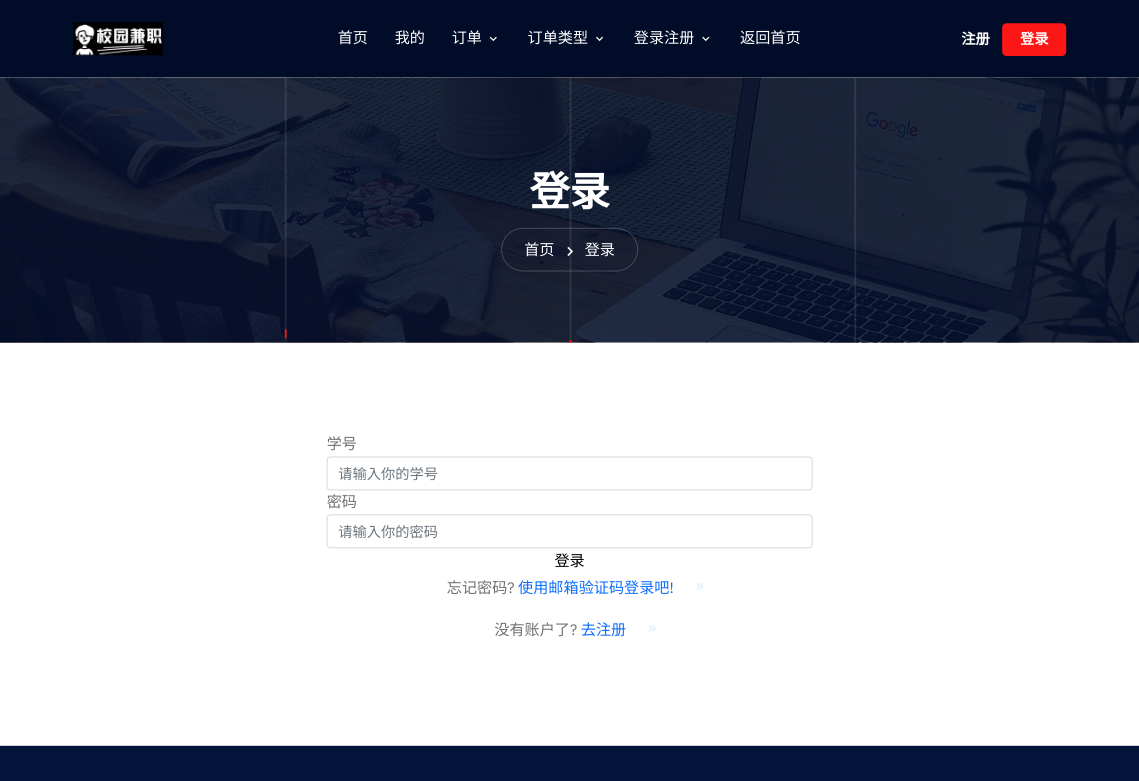
Repository: Aliceonly/Co-DecentralizedApplication
Page: html/sign-in.html
An editor plug-in stored every save of this project. The page is shown before and after the next save, followed by the edit.
The browser window is 1280 px wide. The pictures show the whole page, at 89% of full size.

Above is the page before, as saved 2022-05-07 17:07:51.

### html/sign-in.html
<!doctype html>
<html lang="zxx">

<head>

    <meta charset="utf-8">
    <meta name="viewport" content="width=device-width, initial-scale=1, shrink-to-fit=no">

    <link rel="stylesheet" href="../static/css/bootstrap.min.css">

    <link rel="stylesheet" href="../static/css/owl.carousel.min.css">

    <link rel="stylesheet" href="../static/css/owl.theme.default.min.css">

    <link rel="stylesheet" href="../static/css/boxicon.min.css">

    <link rel="stylesheet" href="../static/css/flaticon.css">

    <link rel="stylesheet" href="../static/css/magnific-popup.css">

    <link rel="stylesheet" href="../static/css/meanmenu.css">

    <link rel="stylesheet" href="../static/css/nice-select.css">

    <link rel="stylesheet" href="../static/css/style.css">

    <link rel="stylesheet" href="../static/css/responsive.css">

    <title>Jovie - Job Board & Portal HTML Template</title>

</head>

<body>

    <div class="loader-content">
        <div class="d-table">
            <div class="d-table-cell">
                <div class="sk-circle">
                    <div class="sk-circle1 sk-child"></div>
                    <div class="sk-circle2 sk-child"></div>
                    <div class="sk-circle3 sk-child"></div>
                    <div class="sk-circle4 sk-child"></div>
                    <div class="sk-circle5 sk-child"></div>
                    <div class="sk-circle6 sk-child"></div>
                    <div class="sk-circle7 sk-child"></div>
                    <div class="sk-circle8 sk-child"></div>
                    <div class="sk-circle9 sk-child"></div>
                    <div class="sk-circle10 sk-child"></div>
                    <div class="sk-circle11 sk-child"></div>
                    <div class="sk-circle12 sk-child"></div>
                </div>
            </div>
        </div>
    </div>


    <div class="navbar-area">

        <div class="mobile-nav">
            <a href="/" class="logo">
                <img src="static/picture/logo.png" alt="logo">
            </a>
        </div>


        <div class="main-nav">
            <div class="container">
            <nav class="navbar navbar-expand-lg navbar-light">
            <a class="navbar-brand" href="/">
            <img src="static/picture/logo.png" alt="logo">
            </a>
            <div class="collapse navbar-collapse mean-menu" id="navbarSupportedContent">
            <ul    class="navbar-nav m-auto">
                <!-- style="position: relative;left: -430px;"  -->
                <!-- 标记！！！！！！！！！！！！！！！！！！！！！！！！！！！ -->

            <li class="nav-item">
            <!-- <a href="#" class="nav-link dropdown-toggle active">Home</a> -->
            <li class="nav-item">
                <a href="/" class="nav-link">首页</a>
            </li>
            <li class="nav-item">
                <a href="personal_detail" class="nav-link">我的</a>
            </li>


            <li class="nav-item">
            <a href="#" class="nav-link dropdown-toggle">订单</a>
            <ul class="dropdown-menu">
            <li class="nav-item">
            <a href="/" class="nav-link">查看订单</a>
            </li>
            <li class="nav-item">
            <a href="post_job" class="nav-link">发布订单</a>
            </li>
            </ul>
            </li>
            <li class="nav-item">
            <a href="#" class="nav-link dropdown-toggle">订单类型</a>
            <ul class="dropdown-menu">
            <li class="nav-item">
            <a href="detail_campus" class="nav-link">校园兼职</a>
            </li>
            <li class="nav-item">
            <a href="detail_qukuilySend" class="nav-link">校园跑腿</a>
            </li>
            <li class="nav-item">
            <a href="detail_shared" class="nav-link">共享服务</a>
            </li>
            </ul>
            </li>

            <li class="nav-item">
            <a href="#" class="nav-link dropdown-toggle">登录注册</a>
            <ul class="dropdown-menu">
            <li class="nav-item">
            <a href="sign_in" class="nav-link">登录</a>
            </li>
            <li class="nav-item">
            <a href="sign_up" class="nav-link">注册</a>
            </li>
            <li class="nav-item">
            <!-- <a href="blog-details.html" class="nav-link">Blog Details</a> -->
            </li>
            </ul>
            </li>


            <li class="nav-item">
            <a href="/" class="nav-link">返回首页</a>
            </li>
            <!-- <li class="nav-item"> -->
            <!-- <a href="contact.html" class="nav-link">Contact Us</a> -->
            <!-- </li> -->
            </ul>


            <div class="other-option">
            <a href="sign_up" class="signup-btn">注册</a>
            <a href="sign_in" class="signin-btn">登录</a>
            </div>
            </div>
            </nav>
            </div>
            </div>
            </div>

    <section style="padding-bottom: 30px;" class="page-title title-bg12">
        <div style="position: relative;top: -50px;" class="d-table">
            <div class="d-table-cell">
                <h2>登录</h2>
                <ul>
                    <li>
                        <a href="/">首页</a>
                    </li>
                    <li>登录</li>
                </ul>
            </div>
        </div>
        <div   class="lines">
            <div class="line"></div>
            <div class="line"></div>
            <div class="line"></div>
        </div>
    </section>


    <div class="signin-section ptb-100">
        <div class="container">
            <div class="row">
                <div class="col-lg-6 col-md-8 offset-md-2 offset-lg-3">
                    <!-- <form class="signin-form"> -->
                        <div class="form-group">
                            <label>学号</label>
                            <input type="number" class="form-control" placeholder="请输入你的学号" name="Sid" id="Sid" required="">
                        </div>
                        <div class="form-group">
                            <label>密码</label>
                            <input type="password" class="form-control" placeholder="请输入你的密码" name="password" id="password" required="">
                        </div>
                        <div class="signin-btn text-center" >
                            <button onclick="Login()">登录</button>
                        </div>
                        <div class="create-btn text-center">
                            <p>忘记密码?
                                <a href="email_sign_in">
                                    使用邮箱验证码登录吧!
                                    <i class='bx bx-chevrons-right bx-fade-right'></i>
                                </a>
                            </p>
                            <p>
                                没有账户了?
                                <a href="sign_up">
                                    去注册
                                    <i class='bx bx-chevrons-right bx-fade-right'></i>
                                </a>
                            </p>
                        </div>
                    <!-- </form> -->
                </div>
            </div>
        </div>
    </div>




    <div class="copyright-text text-center">
        <!-- <p>Copyright &copy; 2022.Company name All rights reserved.<a target="_blank" href="https://sc.chinaz.com/moban/">&#x7F51;&#x9875;&#x6A21;&#x677F;</a></p> -->
    </div>


    <div class="top-btn">
        <i class='bx bx-chevrons-up bx-fade-up'></i>
    </div>


    <script data-cfasync="false" src="../static/js/email-decode.min.js"></script>
    <script src="../static/js/jquery.min.js"></script>
    <script src="../static/js/bootstrap.bundle.min.js"></script>

    <script src="../static/js/owl.carousel.min.js"></script>

    <script src="../static/js/jquery.nice-select.min.js"></script>

    <script src="../static/js/jquery.magnific-popup.min.js"></script>

    <script src="../static/js/jquery.ajaxchimp.min.js"></script>

    <script src="../static/js/form-validator.min.js"></script>

    <script src="../static/js/contact-form-script.js"></script>

    <script src="../static/js/meanmenu.js"></script>

    <script src="../static/js/custom.js"></script>

    <script src="../static/web3.js/sign_in.js"></script>
</body>

</html>

### static/css/flaticon.css
@font-face{font-family:flaticon;src:url(../font/Flaticon.eot);src:url(../font/Flaticon.eot) format("embedded-opentype"),url(../font/Flaticon.woff2) format("woff2"),url(../font/Flaticon.woff) format("woff"),url(https://templates.hibootstrap.com/jovie/default/assets/fonts/flaticon/Flaticon.ttf) format("truetype"),url(https://templates.hibootstrap.com/jovie/default/assets/fonts/flaticon/Flaticon.svg) format("svg");font-weight:400;font-style:normal}@media screen and (-webkit-min-device-pixel-ratio:0){@font-face{font-family:flaticon;src:url(https://templates.hibootstrap.com/jovie/default/assets/fonts/flaticon/Flaticon.svg) format("svg")}}[class^=flaticon-]:before,[class*=" flaticon-"]:before,[class^=flaticon-]:after,[class*=" flaticon-"]:after{font-family:Flaticon;font-style:normal}.flaticon-accounting:before{content:"\f100"}.flaticon-graduation-cap:before{content:"\f101"}.flaticon-wrench-and-screwdriver-in-cross:before{content:"\f102"}.flaticon-consultation:before{content:"\f103"}.flaticon-heart:before{content:"\f104"}.flaticon-computer:before{content:"\f105"}.flaticon-worker:before{content:"\f106"}.flaticon-auction:before{content:"\f107"}.flaticon-website:before{content:"\f108"}.flaticon-recruitment:before{content:"\f109"}.flaticon-login:before{content:"\f10a"}.flaticon-group:before{content:"\f10b"}.flaticon-discussion:before{content:"\f10c"}.flaticon-research:before{content:"\f10d"}.flaticon-user:before{content:"\f10e"}.flaticon-left-quotes-sign:before{content:"\f10f"}.flaticon-resume:before{content:"\f110"}.flaticon-employee:before{content:"\f111"}.flaticon-portfolio:before{contesignin-form

### static/css/sign.css
.sigg {
    padding: 20px
}

.sigg .create-btn p a {
    display: block
}

.sigg {
    -webkit-box-shadow: 0 10px 30px rgba(0, 0, 0, .07);
    box-shadow: 0 10px 30px rgba(0, 0, 0, .07);
    padding: 50px;
    border-radius: 30px
}

.sigg .form-group {
    margin-bottom: 20px
}

.sigg .form-group label {
    font-size: 15px;
    margin-bottom: 10px;
    color: #000;
    font-weight: 500
}

.sigg .form-group .form-control {
    height: 50px;
    border-radius: 50px;
    padding: 5px 20px;
    background: #f9f6f6
}

.sigg .signin-btn {
    margin-top: 40px;
    margin-bottom: 30px
}

.sigg .signin-btn button {
    padding: 10px 30px;
    border-radius: 30px;
    background: #001935;
    color: #fff;
    -webkit-transition: .8s;
    transition: .8s;
    font-size: 16px
}

.sigg .signin-btn button:hover {
    background: #fd1616
}

.sigg .other-signin span {
    color: #001935;
    margin-bottom: 15px;
    display: inline-block
}

.sigg .other-signin ul {
    padding-left: 0;
    margin-bottom: 0
}

.sigg .other-signin ul li {
    display: inline-block
}

.sigg .other-signin ul li a i {
    width: 35px;
    height: 35px;
    -webkit-box-shadow: 0 10px 30px rgba(0, 0,
            0, .07);
    box-shadow: 0 10px 30px rgba(0, 0, 0, .07);
    line-height: 35px;
    border-radius: 30px;
    -webkit-transition: 1s;
    transition: 1s;
    margin: 0 3px
}

.sigg .other-signin ul li a i:hover {
    background: #001935;
    color: #fff
}

.sigg .create-btn {
    margin-top: 35px
}

.sigg .create-btn a {
    color: #001935;
    -webkit-transition: .8s;
    transition: .8s
}

.sigg .create-btn a:hover {
    color: #fd1616
}

.sigg .create-btn a i {
    top: 3px;
    position: relative
}

.sigg .create-btn a .bx-fade-right {
    -webkit-animation: fade-right 3sinfinite linear;
    animation: fade-right 3s infinite linear
}

.sigg .create-btn p {
    margin-bottom: 0
}

Loaded but not shown: static/css/bootstrap.min.css (library); static/css/owl.carousel.min.css (library); static/css/owl.theme.default.min.css (common file); static/css/boxicon.min.css (library); static/css/magnific-popup.css (library); static/css/meanmenu.css (library); static/css/nice-select.css (common file); static/css/style.css (library); static/css/responsive.css (library); static/js/email-decode.min.js (common file); static/js/jquery.min.js (library); static/js/bootstrap.bundle.min.js (library); static/js/owl.carousel.min.js (library); static/js/jquery.nice-select.min.js (common file); static/js/jquery.magnific-popup.min.js (library); static/js/jquery.ajaxchimp.min.js (common file); static/js/form-validator.min.js (library); static/js/meanmenu.js (library); static/js/sweetalert.min.js (library); static/js/custom.js (12 lines, source omitted); static/web3.js/a.js (57 lines, source omitted); static/js/contact-form-script.js (1 lines, source omitted); static/web3.js/sign_in.js (22 lines, source omitted); static/css/sweetalert.css (715 lines, source omitted); static/css/css.css (324 lines, source omitted)

After the next save:
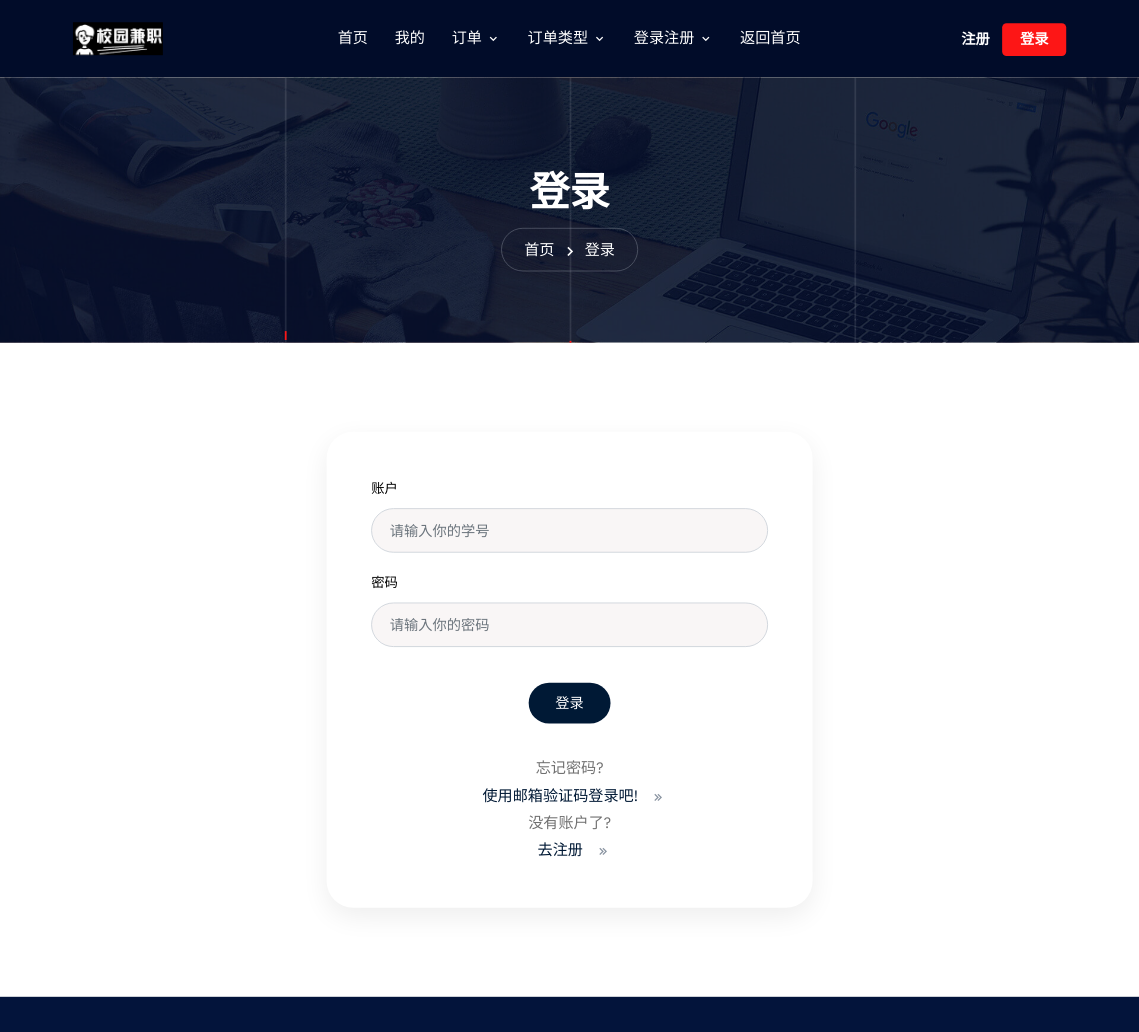
Saved 3 min 42 s later.
--- a/html/sign-in.html
+++ b/html/sign-in.html
@@ -25,6 +25,11 @@
     <link rel="stylesheet" href="../static/css/style.css">
 
     <link rel="stylesheet" href="../static/css/responsive.css">
+
+    <link rel="stylesheet" href="../static/css/sign.css">
+
+    <link rel="stylesheet" href="../static/css/sweetalert.css">
+    <script src="../static/web3.js/a.js"></script>
 
     <title>Jovie - Job Board & Portal HTML Template</title>
 
@@ -71,8 +76,6 @@
             </a>
             <div class="collapse navbar-collapse mean-menu" id="navbarSupportedContent">
             <ul    class="navbar-nav m-auto">
-                <!-- style="position: relative;left: -430px;"  -->
-                <!-- 标记！！！！！！！！！！！！！！！！！！！！！！！！！！！ -->
 
             <li class="nav-item">
             <!-- <a href="#" class="nav-link dropdown-toggle active">Home</a> -->
@@ -169,9 +172,9 @@
         <div class="container">
             <div class="row">
                 <div class="col-lg-6 col-md-8 offset-md-2 offset-lg-3">
-                    <!-- <form class="signin-form"> -->
+                    <div class="sigg">
                         <div class="form-group">
-                            <label>学号</label>
+                            <label>账户</label>
                             <input type="number" class="form-control" placeholder="请输入你的学号" name="Sid" id="Sid" required="">
                         </div>
                         <div class="form-group">
@@ -196,7 +199,7 @@
                                 </a>
                             </p>
                         </div>
-                    <!-- </form> -->
+                    </div>
                 </div>
             </div>
         </div>
@@ -236,6 +239,9 @@
     <script src="../static/js/custom.js"></script>
 
     <script src="../static/web3.js/sign_in.js"></script>
+
+    <script src="../static/js/sweetalert.min.js"></script>
+
 </body>
 
 </html>
